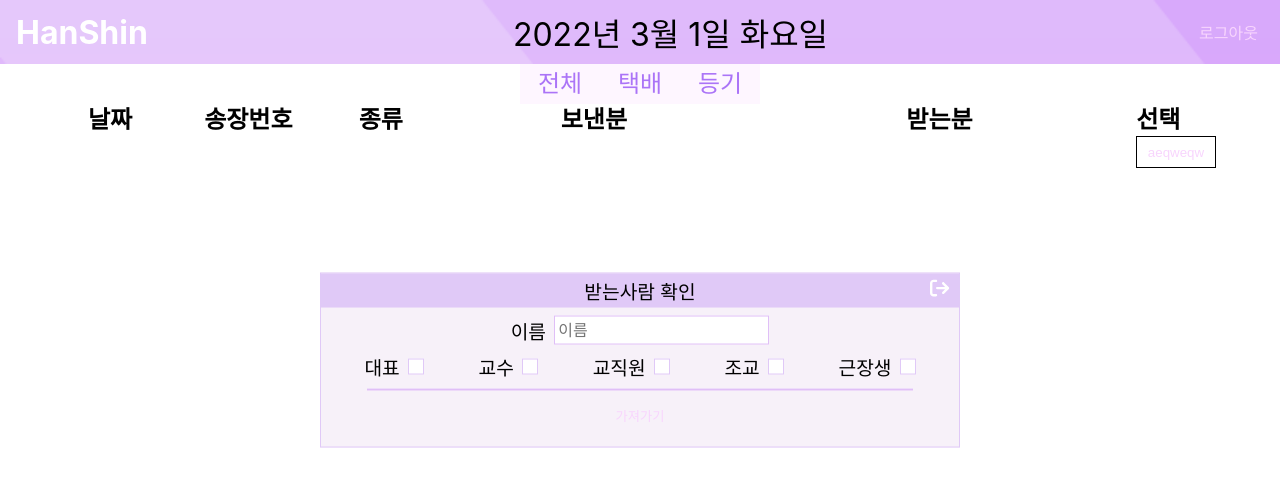
Repository: SeungYn/hanshinClient
Page: /, after clicking the first element matching `button.package_d2e76_submitBtn`
These files come from the project's save history. The page is drawn as it stood at one moment and after the next save; the edit follows.
The browser window is 1280 px wide. The pictures show the whole page.
The page's requests for data from a server got no answer. The project was rebuilt for these pictures with package versions that can differ from the ones it lists, and the page was loaded fresh each time. No one was signed in, and anything a server would have sent is missing. Also part of the build but not shown: src/App.css, src/components/item/item.jsx, src/components/addboxs/addBoxs.jsx.

Above is the page before, as saved 2022-03-01 03:05:26.

### public/index.html
<!DOCTYPE html>
<html lang="en">
  <head>
    <meta charset="utf-8" />
    <link rel="icon" href="%PUBLIC_URL%/favicon.ico" />
    <meta name="viewport" content="width=device-width, initial-scale=1" />
    <meta name="theme-color" content="#000000" />
    <meta
      name="description"
      content="Web site created using create-react-app"
    />
  </head>
  <body>
    <div id="root"></div>
  </body>
</html>

### src/index.css
html {
  height: 100%;
}
body {
  margin: 0;
  font-family: -apple-system, BlinkMacSystemFont, 'Segoe UI', 'Roboto', 'Oxygen',
    'Ubuntu', 'Cantarell', 'Fira Sans', 'Droid Sans', 'Helvetica Neue',
    sans-serif;
  -webkit-font-smoothing: antialiased;
  -moz-osx-font-smoothing: grayscale;
  height: 100%;
}
h1 {
  margin: 0;
}
code {
  font-family: source-code-pro, Menlo, Monaco, Consolas, 'Courier New',
    monospace;
}

* {
  box-sizing: border-box;
}
p,
h2 {
  margin: 0;
  padding: 0;
}

ul {
  list-style: none;
  margin: 0;
  padding: 0;
}

input[type='text'] {
  border: 1px solid #e0bff7;
}

### src/App.jsx
import './App.css';
import Header from './components/header/header';
import Package from './components/package/package';
import { Route, Routes } from 'react-router-dom';
import AddBoxs from './components/addboxs/addBoxs';
function App() {
  return (
    <div className='app'>
      <Header />
      <Routes>
        <Route exact path='/' element={<Package />} />
        <Route exact path='/add' element={<AddBoxs />} />
      </Routes>
    </div>
  );
}

export default App;

### src/components/header/header.jsx
import React, { useEffect, useState } from 'react';
import styles from './header.module.css';

const Header = (props) => {
  const [date, setDate] = useState(new Date());
  const [month, setMonth] = useState('');
  const [year, setYear] = useState('');
  const [day, setDay] = useState('');
  const [dates, setDates] = useState('');

  useEffect(() => {
    setMonth(date.getMonth() + 1);
    switch (date.getDay()) {
      case 0:
        setDay('일');
        break;
      case 1:
        setDay('월');
        break;
      case 2:
        setDay('화');
        break;
      case 3:
        setDay('수');
        break;
      case 4:
        setDay('목');
        break;
      case 5:
        setDay('금');
        break;
      case 6:
        setDay('토');
        break;
    }
    setYear(date.getFullYear());
    setDates(date.getDate());
  }, [date, month, year, dates, day]);

  return (
    <header className={styles.headers}>
      <h1 className={styles.title}>HanShin</h1>
      <p
        className={styles.day}
      >{`${year}년 ${month}월 ${dates}일 ${day}요일`}</p>
      <nav className={styles.menu}>
        <button className={styles.menu__item}>로그아웃</button>
      </nav>
    </header>
  );
};

export default Header;

### src/components/package/package.jsx
import React, { useEffect, useState } from 'react';
import Item from '../item/item';
import ReceiverInput from '../receiverInput/receiverInput';
import styles from './package.module.css';

const Package = (props) => {
  const [item, setItem] = useState([]);

  const [selectedPackages, setSelectedPackages] = useState([]);
  const [receiverInputActivate, setReceiverInputActivate] = useState(false);

  const addList = (box) => {
    //축약 : setSelectedPackages([...selectedPackages, box]);
    const list = [...selectedPackages, box];
    setSelectedPackages(list);
  };

  const removeList = (box) => {
    const list = selectedPackages.filter((item) => {
      if (item.boxId !== box.boxId) {
        return item;
      }
    });

    setSelectedPackages(list);
  };

  const onSubmit = () => {
    console.log(selectedPackages);
    setReceiverInputActivate(true);
  };

  useEffect(() => {
    fetch('http://localhost:8080/packages/') //
      .then((data) => data.json())
      .then((data) => setItem(data));
  }, []);

  return (
    <div className={styles.package}>
      <nav className={styles.navbar}>
        <div className={styles.navbar__item}>전체</div>
        <div className={styles.navbar__item}>택배</div>
        <div className={styles.navbar__item}>등기</div>
      </nav>

      <section className={styles.contents}>
        <ul className={styles.itemList}>
          <li className={styles.items}>
            <h2 className={styles.item}>날짜</h2>
            <h2 className={styles.item}>송장번호</h2>
            <h2 className={styles.item}>종류</h2>
            <h2 className={styles.item}>보낸분</h2>
            <h2 className={styles.item}>받는분</h2>
            <h2 className={styles.item}>선택</h2>
          </li>
          {item.map((box) => (
            <Item
              key={box.boxId}
              item={box}
              addList={addList}
              removeList={removeList}
            />
          ))}
        </ul>
      </section>
      <button className={styles.submitBtn} onClick={onSubmit}>
        aeqweqw
      </button>
      {receiverInputActivate ? (
        <ReceiverInput selectedPackages={selectedPackages} />
      ) : (
        ''
      )}
    </div>
  );
};

export default Package;

### src/components/header/header.module.css
.headers {
  background: no-repeat url('./backimg.png');
  background-size: cover;
  height: 4rem;
  display: flex;
  justify-content: space-between;
  align-items: center;
  padding: 0.1rem 1rem;
}

.title {
  color: white;
}
.day {
  font-size: 2rem;
}
.menu__item {
  border: 0;
  background: none;
  font-size: 1rem;
}

### src/components/receiverInput/receiverInput.jsx
import React from 'react';
import styles from './receiverInput.module.css';
import { FontAwesomeIcon } from '@fortawesome/react-fontawesome';
import { faArrowRightFromBracket } from '@fortawesome/free-solid-svg-icons';

const ReceiverInput = ({ selectedPackages }) => {
  console.log(selectedPackages);
  return (
    <form className={styles.receiverForm}>
      <header className={styles.receiverForm__header}>
        <p className={styles.reveiverForm__header__title}>받는사람 확인</p>
        <p className={styles.reveiverForm__header__exit}>
          <FontAwesomeIcon icon={faArrowRightFromBracket}></FontAwesomeIcon>
        </p>
      </header>
      <section className={styles.receiverForm__body}>
        <div className={styles.name__group}>
          <p className={styles.input__title}>이름</p>
          <input type='text' placeholder='이름' />
        </div>
        <ul className={styles.radio__group}>
          <li className={styles.radio__label__group}>
            <label htmlFor='대표' className={styles.radio__label}>
              대표
            </label>
            <input type='radio' id='대표' name='position' value='대표' />
            <label htmlFor='대표' className={styles.checkedBox}></label>
          </li>

          <li className={styles.radio__label__group}>
            <label htmlFor='교수' className={styles.radio__label}>
              교수
            </label>
            <input type='radio' id='교수' name='position' value='교수' />
            <label htmlFor='교수' className={styles.checkedBox}></label>
          </li>
          <li className={styles.radio__label__group}>
            <label htmlFor='교직원' className={styles.radio__label}>
              교직원
            </label>
            <input type='radio' id='교직원' name='position' value='교직원' />
            <label htmlFor='교직원' className={styles.checkedBox}></label>
          </li>
          <li className={styles.radio__label__group}>
            <label htmlFor='조교' className={styles.radio__label}>
              조교
            </label>
            <input type='radio' id='조교' name='position' value='조교' />
            <label htmlFor='조교' className={styles.checkedBox}></label>
          </li>
          <li className={styles.radio__label__group}>
            <label htmlFor='근장생' className={styles.radio__label}>
              근장생
            </label>
            <input type='radio' id='근장생' name='position' value='근장생' />
            <label htmlFor='근장생' className={styles.checkedBox}></label>
          </li>
        </ul>

        <ul className={styles.packageList}>
          {selectedPackages.map((item) => (
            <li key={item.boxId}>
              <span>{item.date}</span>
              <span>{item.boxId}</span>
              <span>{item.kind}</span>
              <span>{item.sender}</span>
              <span>{item.receiver}</span>
            </li>
          ))}
        </ul>
      </section>
      <div className={styles.receiverForm__Footer}>
        <button
          type='button'
          className={`${styles.receiverBtn} ${styles.check}`}
        >
          가져가기
        </button>
      </div>
    </form>
  );
};

export default ReceiverInput;

### src/components/package/package.module.css
.package {
  width: 100%;
  height: 100%;
  display: flex;
  flex-direction: column;
  align-items: center;
}

.navbar {
  display: flex;
  justify-content: center;
  color: #ab74f7;
  width: 100%;
}

.navbar__item {
  text-align: center;
  line-height: 1.5rem;
  font-size: 1.5rem;
  flex-basis: 5rem;
  background-color: #fef6ff;
  padding: 0.5rem;
}

.navbar__item:hover {
  background-color: #ab74f7;
  color: #fef6ff;
  cursor: pointer;
}

.itemList {
  height: 100%;
  display: grid;
  grid-auto-rows: minmax(2rem, auto);
}

.items {
  display: grid;
  grid-template-columns: 8% 16% 7% 30% 30% 8%;
  height: 2rem;
}

h2 {
  text-align: center;
  line-height: 2rem;
}

.contents {
  width: 90%;
}

.submitBtn {
  align-self: flex-end;
  margin-right: 5%;
  border: 1px solid black;
  height: 2rem;
  width: 5rem;
}

.submitBtn:hover {
  cursor: pointer;
}

### src/components/addboxs/addBoxs.module.css
input:focus {
  outline: none;
}

.addContainer {
  width: 100%;
  height: 100%;
  display: flex;
  flex-direction: column;
  align-items: center;
}

.addFormHeader {
  width: 100%;
  display: grid;
  grid-template-columns: 8% 12% 4% 24% 24% 10% 7% 7% 2%;
  justify-content: center;
  color: #8541f6;
  column-gap: 0.2rem;
}

.item {
  font-size: 1rem;
}

.addForm {
  width: 100%;
  height: 100%;
  padding: 1rem;
}
/* 8% 10% 5% 27% 27% 8% 7% 7%; */
.items {
  display: grid;
  grid-template-columns: 8% 12% 4% 24% 24% 10% 7% 7% 2%;
  align-items: center;
  column-gap: 0.2rem;
  margin-top: 0.5rem;
}
.minus {
  padding: 0;
}

input[type='text'] {
  height: 1.8rem;
  font-size: 1rem;
  padding: 0.8rem 0.2rem;
}

.countText {
  border: 1px solid #8541f6;
}

button {
  background-color: transparent;
  border: none;
  color: #f8d5fd;
}
.bottom {
  height: 100%;
  width: 100%;
  display: flex;
  justify-content: space-between;
  padding: 0 1rem;
}
.bottomBtn {
  display: flex;
}

.bottom::before {
  content: '.';
  color: transparent;
}

.addBtn:hover {
  cursor: pointer;
  color: #e5a3ff;
}

.sendBtn {
  font-size: 1rem;
}

.test {
  width: 112px;
}

### src/components/item/item.module.css
.items {
  display: grid;
  grid-template-columns: 8% 17% 7% 30% 30% 8%;
  align-items: center;
  border: 1px solid black;
}

.items p:not(:last-child) {
  border-right: 1px solid black;
  height: 100%;
  display: flex;
  align-items: center;
  justify-content: center;
}

.items:hover {
  background-color: #fef6ff;
}

p {
  /* 크기를 넘기면 자동으로 줄바꿈 */
  text-align: center;
  overflow-wrap: break-word;
  font-size: 1.2rem;
}

.selectBtn {
  color: white;
  background-color: #ab74f7;
  width: 100%;
  height: 100%;
}

.selected {
  background-color: black;
}

.unSelected {
  background-color: #ab74f7;
}

.selectBtn:hover {
  cursor: pointer;
}

### src/components/receiverInput/receiverInput.module.css
.receiverForm {
  /* #e0c9f7 */
  background-color: #f7f1f9;
  width: 50%;
  position: fixed;
  top: 50%;
  left: 50%;
  transform: translate(-50%, -50%);
  display: flex;
  flex-direction: column;
  align-items: center;
  border: 1px solid #e0c9f7;
}

.receiverForm__header {
  background-color: #e0c9f7;
  position: relative;
  display: flex;
  justify-content: center;
  padding: 0.2rem 0;
  width: 100%;
}

.reveiverForm__header__exit {
  position: absolute;
  right: 10px;
  color: white;
}

.receiverForm__body {
  padding: 0px 1rem;
  width: 100%;
  display: flex;
  flex-direction: column;
  align-items: center;
}

.radio__group {
  display: flex;
  font-size: 1.2rem;
  justify-content: space-around;
  width: 100%;
  margin-top: 0.5rem;
  align-items: center;
}

input[type='radio'] {
  display: none;
}

.checkedBox {
  display: block;
  border: 1px solid #e0c9f7;
  background-color: white;
  margin-left: 0.5rem;
  width: 1rem;
  height: 1rem;
  display: flex;
  justify-content: center;
  align-items: center;
}

.checkedBox:after {
  content: '';
  display: block;

  width: 0.6rem;
  height: 0.6rem;
}

input[type='radio']:checked + .checkedBox:after {
  background-color: #a376ef;
}

.radio__label__group {
  display: flex;
  align-items: center;
}

.name__group {
  display: flex;
  margin-top: 0.5rem;
  align-items: center;
}

.input__title {
  margin-right: 0.5rem;
}

.receiverForm__Footer {
  margin-bottom: 1rem;
}

.packageList {
  width: 90%;
  background-color: white;
  max-height: 50%;
  overflow: scroll;
  margin-top: 0.5rem;
  border: 1px solid #e0bff7;
  margin-bottom: 0.5rem;
}

.check {
  padding: 0.4rem 1rem;
  background-color: e0c9f7;
}

.cancel {
  background-color: #e0bff7;
}

Loaded but not shown: src/index.js (common file)

After the next save:
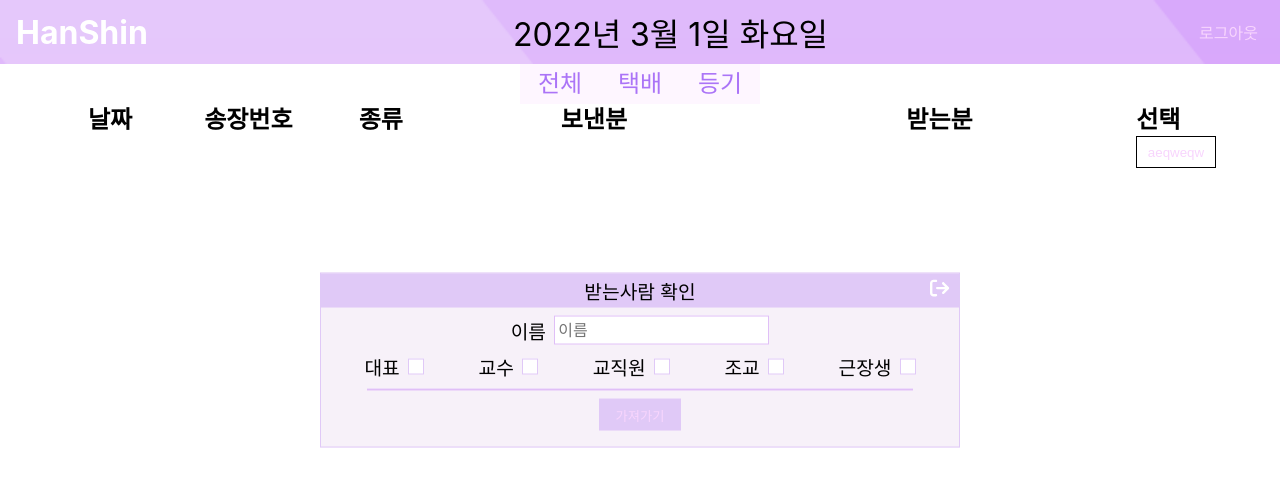
Saved 5 s later.
--- a/src/components/receiverInput/receiverInput.module.css
+++ b/src/components/receiverInput/receiverInput.module.css
@@ -103,7 +103,7 @@ input[type='radio']:checked + .checkedBox:after {
 
 .check {
   padding: 0.4rem 1rem;
-  background-color: e0c9f7;
+  background-color: #e0c9f7;
 }
 
 .cancel {
